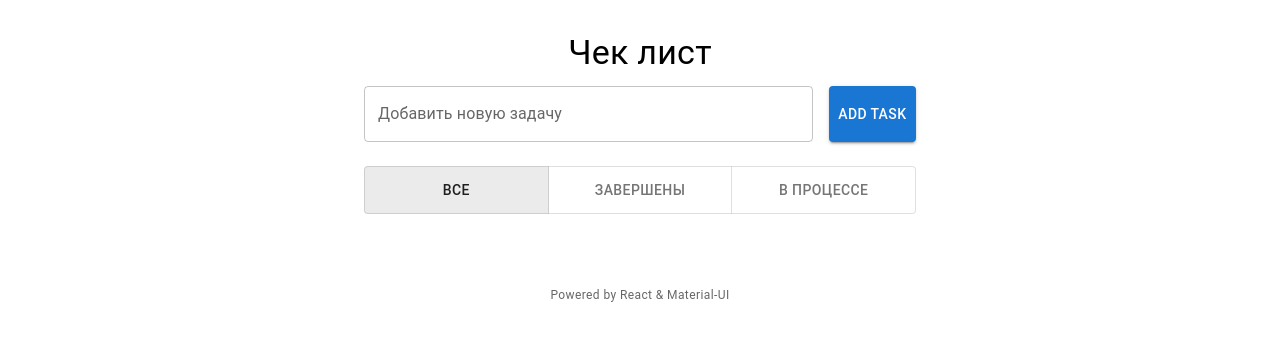
Repository: tobiaskoira/simple_web_service
Page: / (app in client/)
The author's editor kept a copy of each file at every save. The page is drawn from the files as they stood at one save, then again after a run of saves.
The browser window is 1280 px wide. The pictures show the whole page.
The page's requests for data from a server got no answer. The project was rebuilt for these pictures with package versions that can differ from the ones it lists, and the page was loaded fresh each time. No one was signed in, and anything a server would have sent is missing.

Above is the page before, as saved 2024-12-22 23:33:37.

### client/src/App.js
import React, { useState, useEffect } from 'react';
import {
    Container,
    Typography,
    TextField,
    Button,
    List,
    ListItem,
    ListItemText,
    IconButton,
    Checkbox,
    ToggleButtonGroup,
    ToggleButton,
    Box,
} from '@mui/material';
import DeleteIcon from '@mui/icons-material/Delete';

const App = () => {
    const [tasks, setTasks] = useState([]);
    const [newTask, setNewTask] = useState('');
    const [filter, setFilter] = useState('all'); // all, completed, incomplete

    // Fetch tasks from backend
    useEffect(() => {
        fetch('http://localhost:5000/tasks')
            .then((res) => res.json())
            .then((data) => setTasks(data))
            .catch((error) => console.error('Error fetching tasks:', error));
    }, []);

    // Add a new task
    const addTask = async () => {
        const response = await fetch('http://localhost:5000/tasks', {
            method: 'POST',
            headers: { 'Content-Type': 'application/json' },
            body: JSON.stringify({ title: newTask, completed: false }),
        });
        const task = await response.json();
        setTasks([...tasks, task]);
        setNewTask('');
    };

    // Delete a task
    const deleteTask = async (id) => {
        await fetch(`http://localhost:5000/tasks/${id}`, { method: 'DELETE' });
        setTasks(tasks.filter((task) => task._id !== id));
    };

    // Toggle task completion
    const toggleCompletion = async (id, completed) => {
        const response = await fetch(`http://localhost:5000/tasks/${id}`, {
            method: 'PATCH',
            headers: { 'Content-Type': 'application/json' },
            body: JSON.stringify({ completed: !completed }),
        });
        const updatedTask = await response.json();
        setTasks(
            tasks.map((task) => (task._id === updatedTask._id ? updatedTask : task))
        );
    };

    // Handle task filtering
    const filteredTasks = tasks.filter((task) => {
        if (filter === 'completed') return task.completed;
        if (filter === 'incomplete') return !task.completed;
        return true;
    });

    return (
        <Container maxWidth="sm" sx={{ mt: 4 }}>
            <Typography variant="h4" align="center" gutterBottom>
                Чек лист
            </Typography>

            {/* Task input */}
            <Box sx={{ display: 'flex', gap: 2, mb: 3 }}>
                <TextField
                    variant="outlined"
                    fullWidth
                    label="Добавить новую задачу"
                    value={newTask}
                    onChange={(e) => setNewTask(e.target.value)}
                />
                <Button
                    variant="contained"
                    color="primary"
                    onClick={addTask}
                    sx={{ whiteSpace: 'nowrap' }}
                >
                    Add Task
                </Button>
            </Box>

            {/* Filter toggle buttons */}
            <ToggleButtonGroup
                value={filter}
                exclusive
                onChange={(e, newFilter) => setFilter(newFilter || 'all')}
                fullWidth
                sx={{ mb: 3 }}
            >
                <ToggleButton value="all">Все</ToggleButton>
                <ToggleButton value="completed">Завершены</ToggleButton>
                <ToggleButton value="incomplete">В процессе</ToggleButton>
            </ToggleButtonGroup>

            {/* Task list */}
            <List>
                {filteredTasks.map((task) => (
                    <ListItem
                        key={task._id}
                        secondaryAction={
                            <IconButton
                                edge="end"
                                aria-label="удалить"
                                onClick={() => deleteTask(task._id)}
                            >
                                <DeleteIcon />
                            </IconButton>
                        }
                    >
                        <Checkbox
                            checked={task.completed}
                            onChange={() =>
                                toggleCompletion(task._id, task.completed)
                            }
                        />
                        <ListItemText
                            primary={task.title}
                            secondary={task.completed ? 'Completed' : 'Incomplete'}
                        />
                    </ListItem>
                ))}
            </List>

            {/* Footer */}
            <Typography
                variant="caption"
                display="block"
                align="center"
                color="textSecondary"
                sx={{ mt: 4 }}
            >
                Powered by React & Material-UI
            </Typography>
        </Container>
    );
};

export default App;

Loaded but not shown: client/public/index.html (common file); client/src/index.js (common file); client/src/index.css (common file); client/src/reportWebVitals.js (common file)

After the next 4 saves:
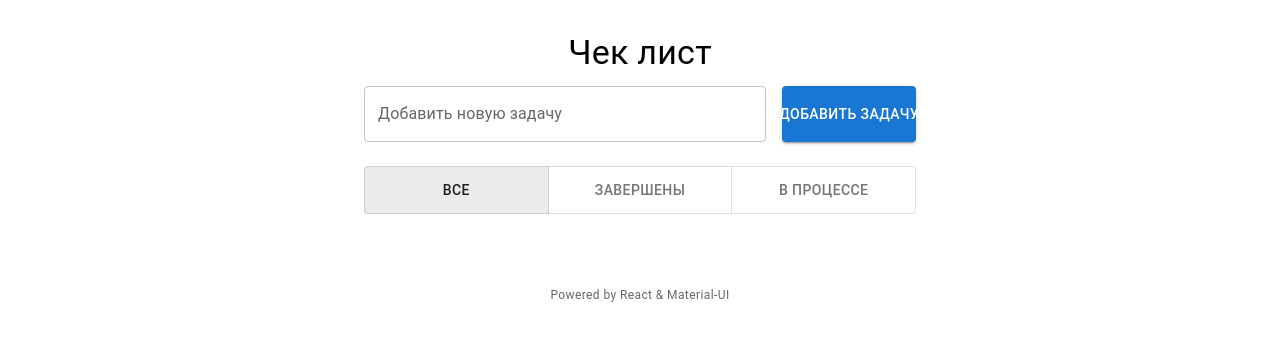
The 4 saves are shown as one change because they came seconds apart.
The last was saved 13 s later.
--- a/client/src/App.js
+++ b/client/src/App.js
@@ -87,7 +87,7 @@ const App = () => {
                     onClick={addTask}
                     sx={{ whiteSpace: 'nowrap' }}
                 >
-                    Add Task
+                    Добавить задачу
                 </Button>
             </Box>
 
